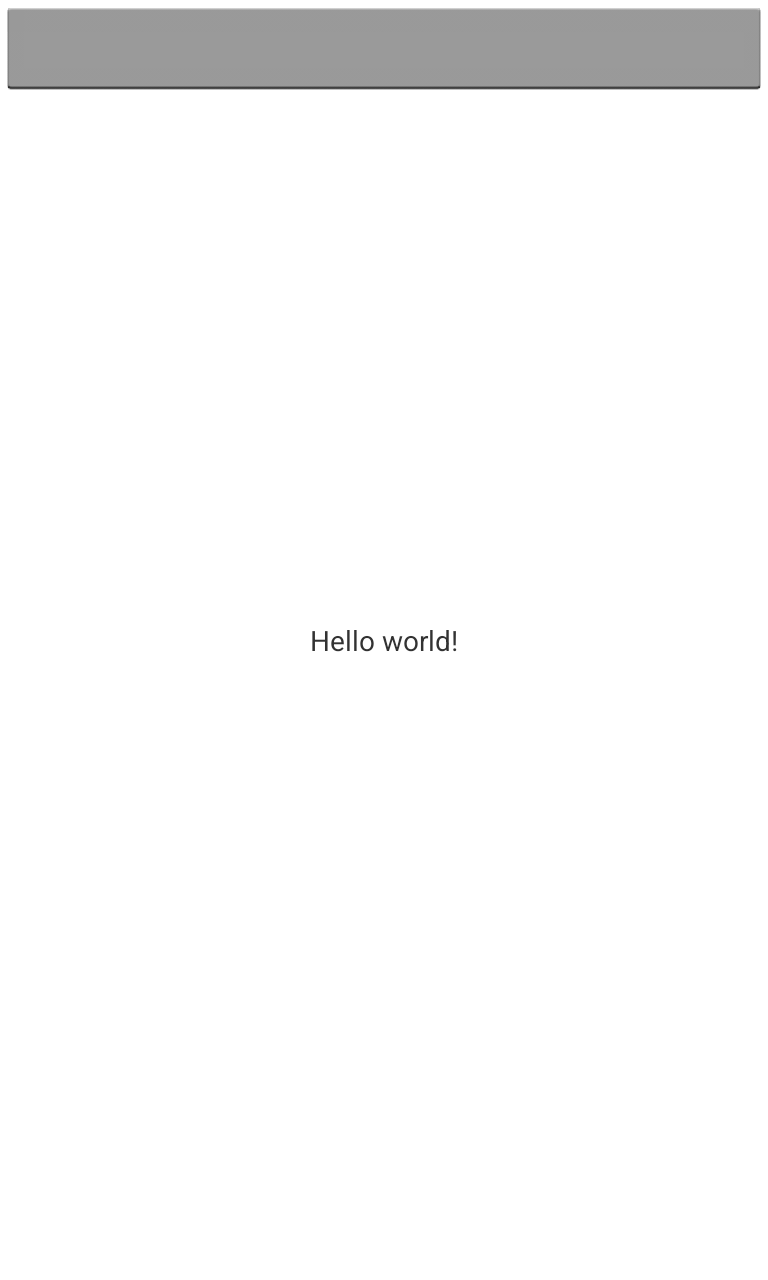
Repository: thiagopsilva/Android-book
Layout: Audio/res/layout/activity_audio.xml
These files come from the project's save history. The layout is drawn as it stood at one moment and after the next save; the edit follows.
It is drawn on a 768 x 1280 px phone screen (xhdpi) without system bars, with theme AppTheme; the app's code is not run.

Above is the layout before, as saved 2012-12-13 16:30:25.

After the next save:
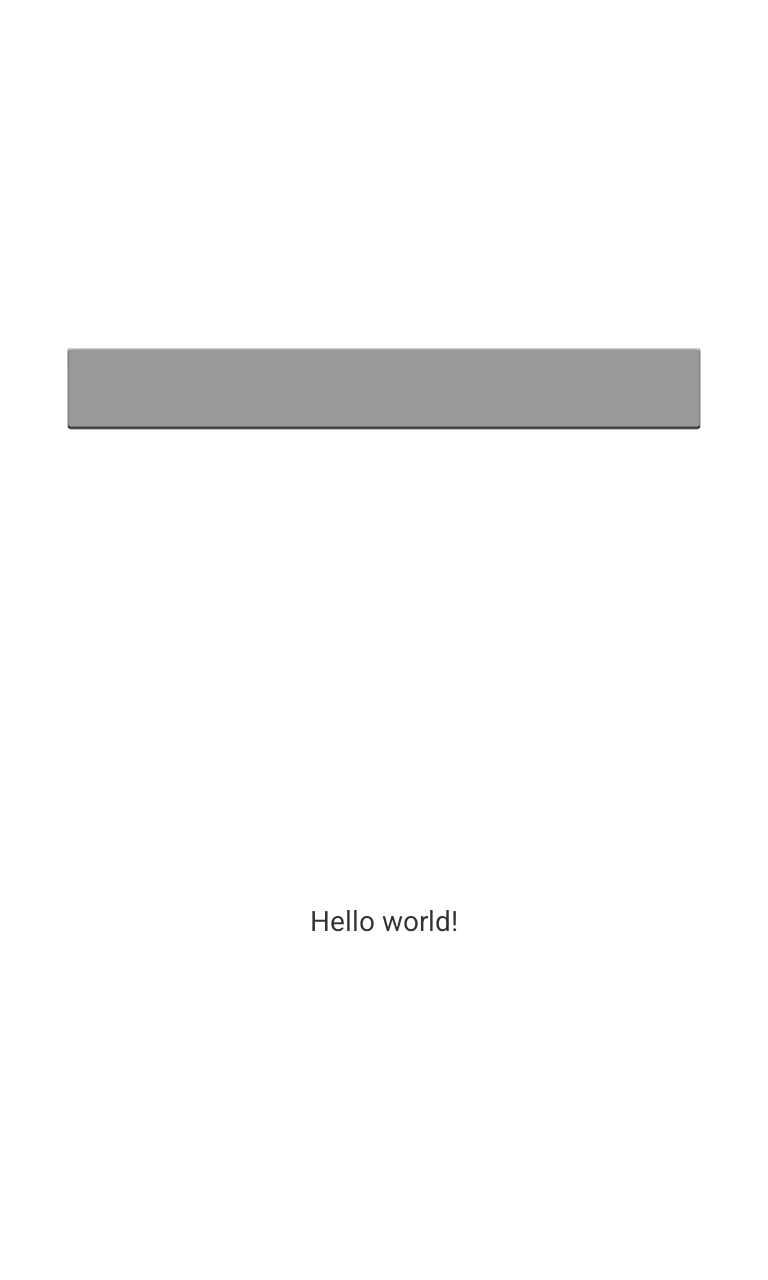
Saved 7 min 59 s later.
--- a/Audio/res/layout/activity_audio.xml
+++ b/Audio/res/layout/activity_audio.xml
@@ -1,7 +1,10 @@
 <RelativeLayout xmlns:android="http://schemas.android.com/apk/res/android"
     xmlns:tools="http://schemas.android.com/tools"
+    android:gravity="center"
     android:layout_width="match_parent"
     android:layout_height="match_parent"
+    android:padding ="30dip"
+    android:orientation="vertical"
     tools:context=".Audio" >
 
     <TextView
